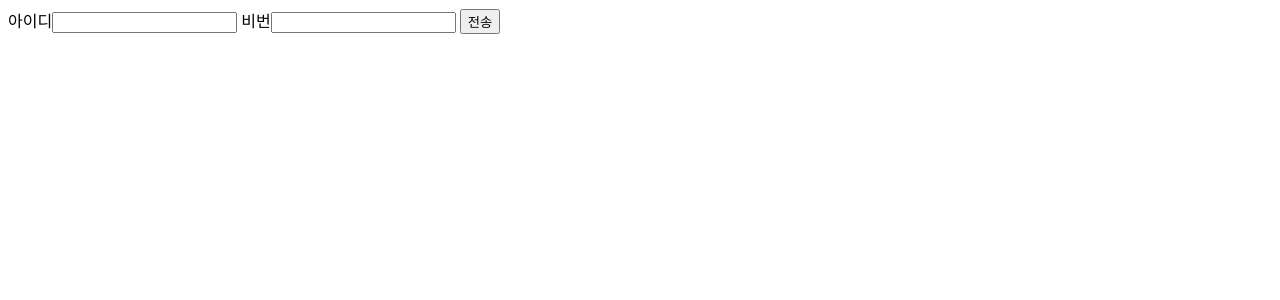
Repository: dron512/jspsogo
Page: http://localhost/ex0315/a.jsp
These files come from the project's save history. The page is drawn as it stood at one moment and after the next save; the edit follows.
The browser window is 1280 px wide. The pictures show the whole page.
The page is served by Tomcat 9.

Above is the page before, as saved 2022-03-15 04:56:06.

### jsp_work2-2/ex0315/src/main/webapp/a.jsp
<%@ page language="java" contentType="text/html; charset=UTF-8" pageEncoding="UTF-8"%>
<!DOCTYPE html>
<html>
<head>
<meta charset="UTF-8">
<title>Insert title here</title>
<script type="text/javascript">
	//document.getElementById("asdf");
</script>
</head>
<body>
<form action="b.jsp">
	아이디<input type="text" name="id">
	비번<input type="text" name="pw">
	<input type="submit" value="전송">
</form>
<form action="calcu.jsp">

</form>
</body>
</html>

After the next save:
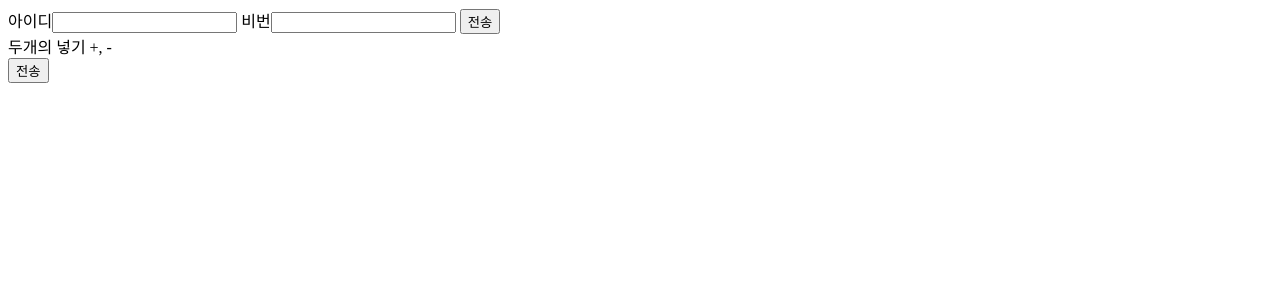
Saved 20 s later.
--- a/jsp_work2-2/ex0315/src/main/webapp/a.jsp
+++ b/jsp_work2-2/ex0315/src/main/webapp/a.jsp
@@ -14,8 +14,9 @@
 	비번<input type="text" name="pw">
 	<input type="submit" value="전송">
 </form>
+두개의 넣기 +, -
 <form action="calcu.jsp">
-
+	<input type="submit" value="전송">
 </form>
 </body>
 </html>
